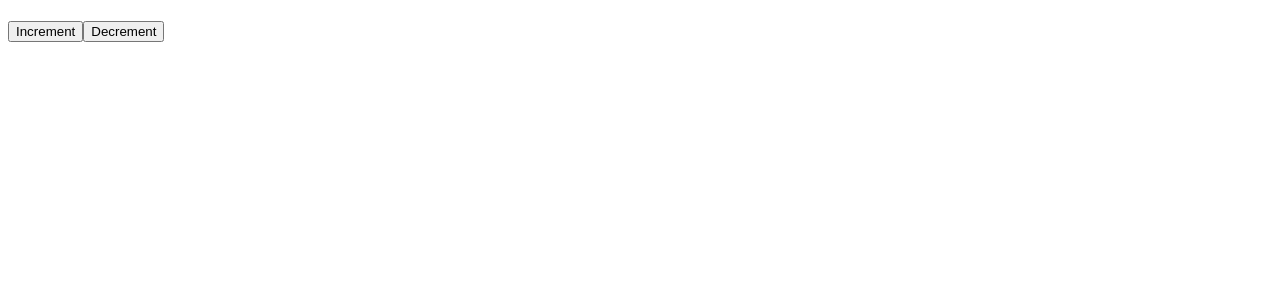
Repository: otvertka/ulb2_react
Page: / (app in jk_project/)
The author's editor kept a copy of each file at every save. The page is drawn from the files as they stood at one save, then again after the next save.
The browser window is 1280 px wide. The pictures show the whole page.
The project was rebuilt for these pictures with package versions that can differ from the ones it lists, and the page was loaded fresh each time. Also part of the build but not shown: jk_project/src/component/Counter.jsx.

Above is the page before, as saved 2023-09-07 11:55:57.

### jk_project/public/index.html
<!DOCTYPE html>
<html lang="en">
  <head>
    <meta charset="utf-8" />

    <meta name="viewport" content="width=device-width, initial-scale=1" />

    <title>React App</title>
  </head>
  <body>
    <noscript>You need to enable JavaScript to run this app.</noscript>
    <div id="root"></div>
    <!-- Здесь будет приложение JS -->
  </body>
</html>

### jk_project/src/App.js
import React, { useState } from "react";
import Counter from "./component/Counter";
import ClassCounter from "./component/ClassCounter";

function App() {
  const [count, setCount] = useState(0);
  const [value, setValue] = useState("");

  function incr() {
    setCount(count + 1);
  }
  function decr() {
    setCount(count - 1);
  }
  function inpHandler(event) {
    setValue(event.target.value);
  }

  return (
    <div className="App">
      <ClassCounter />
    </div>
  );
}

export default App;

### jk_project/src/component/ClassCounter.jsx
import React from "react";

class ClassCounter extends React.Component {
  constructor(props) {
    super(props);
    this.state = {
      count: 0,
    };
  }

  incrHandl() {
    this.setCounter({ count: this.state.count + 1 });
  }
  decrHandl() {
    this.setCounter({ count: this.state.count - 1 });
  }

  render() {
    return (
      <>
        <h1>{this.count}</h1>
        <button onClick={this.incrHandl}>Increment</button>
        <button onClick={this.decrHandl}>Decrement</button>
      </>
    );
  }
}

export default ClassCounter;

Loaded but not shown: jk_project/src/index.js (common file)

After the next save:
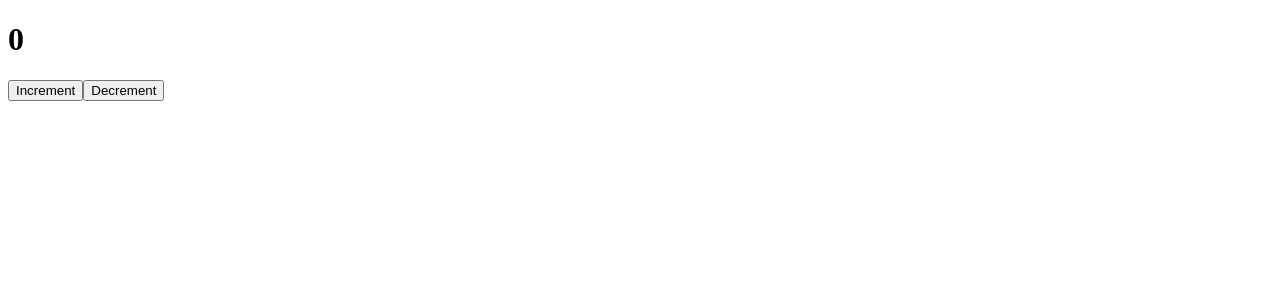
Saved 20 s later.
--- a/jk_project/src/component/ClassCounter.jsx
+++ b/jk_project/src/component/ClassCounter.jsx
@@ -18,7 +18,7 @@ class ClassCounter extends React.Component {
   render() {
     return (
       <>
-        <h1>{this.count}</h1>
+        <h1>{this.state.count}</h1>
         <button onClick={this.incrHandl}>Increment</button>
         <button onClick={this.decrHandl}>Decrement</button>
       </>
